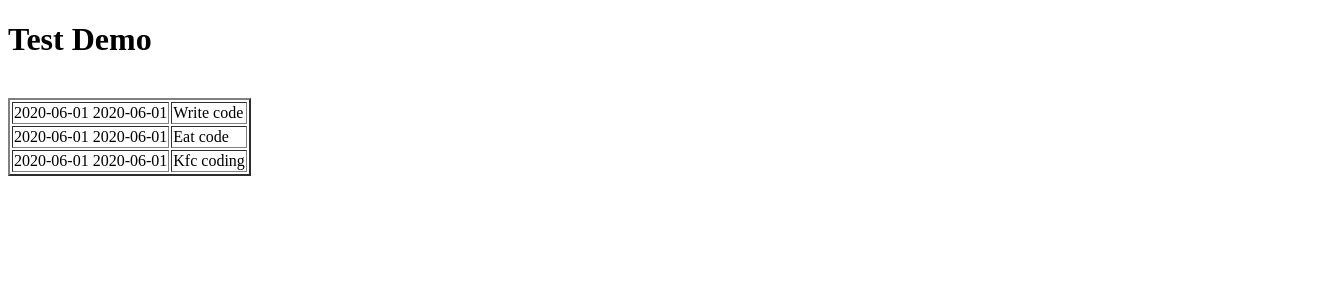
Repository: cavidk/taco_shop-web
Page: html basics/index.html
These files come from the project's save history. The page is drawn as it stood at one moment and after the next save; the edit follows.
The browser window is 1280 px wide. The page is 1280 px wide, then 1322 px, so the pictures cover 1322 px, including what lies to the right of the window. The pictures show the whole page.

Above is the page before, as saved 2024-06-07 12:23:53.

After the next save:
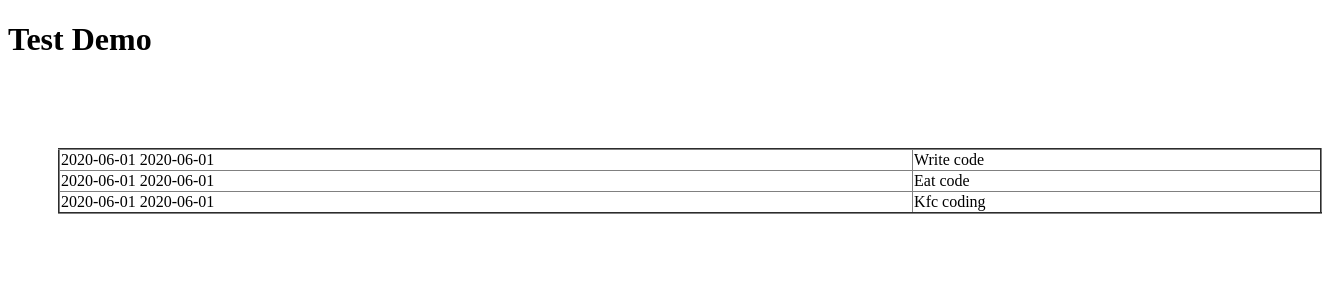
Saved 67 s later.
--- a/html basics/style.css
+++ b/html basics/style.css
@@ -1,6 +1,7 @@
-.table{
+#table{
       width: 100%;
       border-collapse: collapse;
-      margin: 0;
-      padding: 0;
+      margin: 50px;
+      padding: 50px;;
+      border-radius: 5px;
 }
